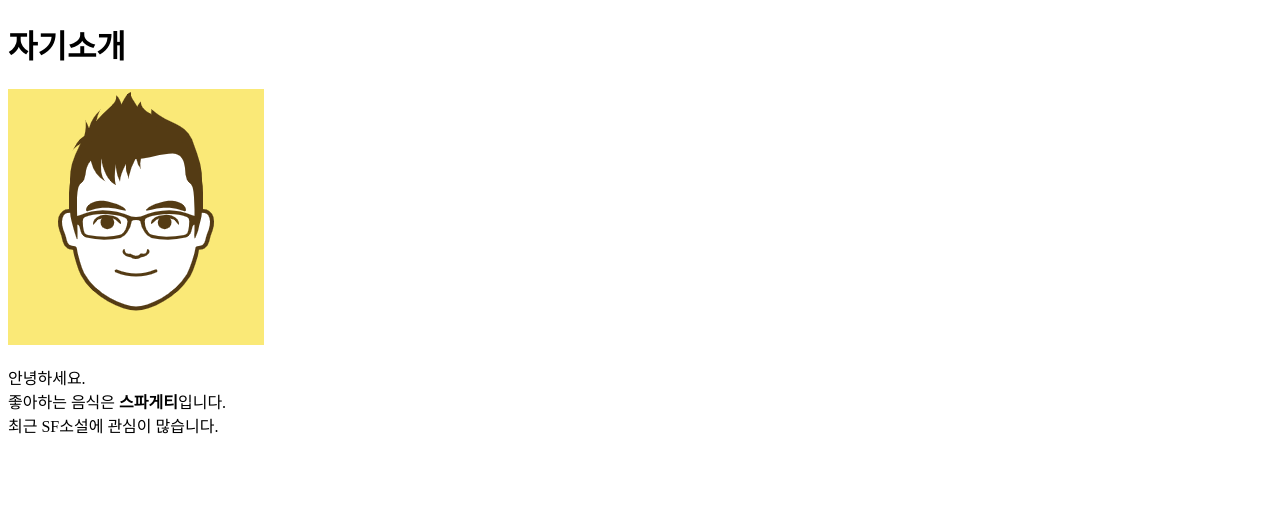
Repository: suhong99/htmlLecture
Page: cssWork1/src/main/webapp/index3.html
These files come from the project's save history. The page is drawn as it stood at one moment and after a run of saves; the edit follows.
The browser window is 1280 px wide. The pictures show the whole page.

Above is the page before, as saved 2023-06-22 06:39:58.

### cssWork1/src/main/webapp/index3.html
<!DOCTYPE html>
<html>
<head>
<meta charset="UTF-8">
<title>Insert title here</title>
<style type="text/css">
</style>
</head>
<body>

<h1>자기소개</h1>

<p class="center">
	<img alt="자화상이미지"  src="./image/img.png">
</p>
<p class="border">
안녕하세요.<br>
좋아하는 음식은 <strong>스파게티</strong>입니다.<br>
최근 SF소설에 관심이 많습니다.
</p>
</body>
</html>

After the next 2 saves:
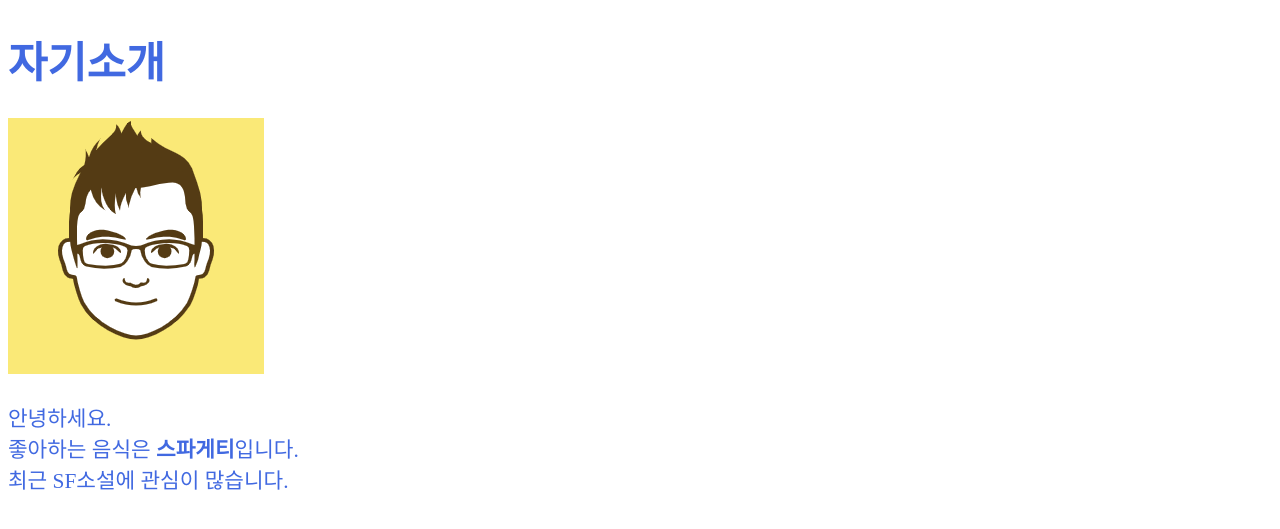
The 2 saves are shown as one change because they came seconds apart.
The last was saved 23 s later.
--- a/cssWork1/src/main/webapp/index3.html
+++ b/cssWork1/src/main/webapp/index3.html
@@ -4,6 +4,10 @@
 <meta charset="UTF-8">
 <title>Insert title here</title>
 <style type="text/css">
+body{
+	color: royalblue;
+	font-size: 16pt;
+}
 </style>
 </head>
 <body>
